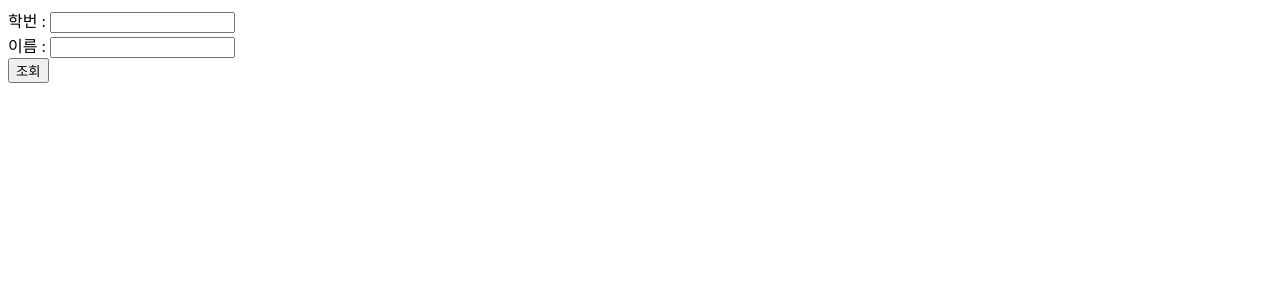
Repository: GitOnibi/jsp
Page: http://localhost/JSPprojec/school/score_input.jsp
An editor plug-in stored every save of this project. The page is shown before and after the next save, followed by the edit.
The browser window is 1280 px wide. The pictures show the whole page.
The page is served by Tomcat 9.

Above is the page before, as saved 2019-01-07 12:31:31.

After the next save:
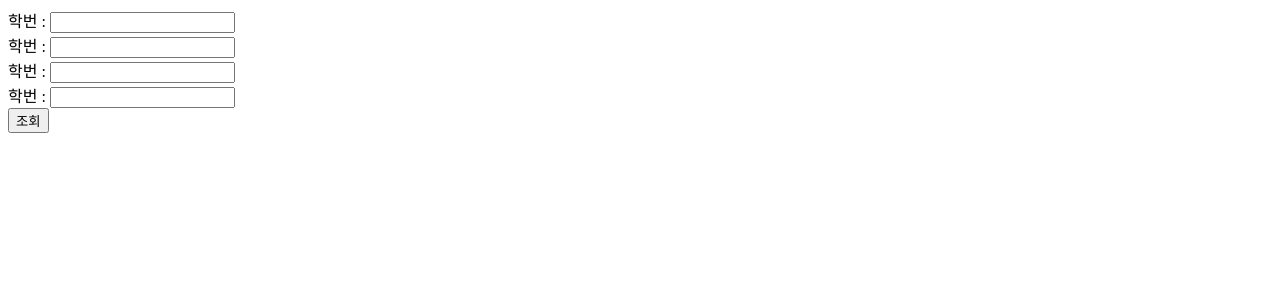
Saved 9 s later.
--- a/JSPprojec/WebContent/school/score_input.jsp
+++ b/JSPprojec/WebContent/school/score_input.jsp
@@ -8,8 +8,9 @@
 <body>
 	<form action="score_check.jsp" method="GET">
 		학번 : <input type="text" name="stu_num" id="stu_num"/><br />
-		이름 : <input type="text" name="stu_name" id="stu_name"/><br />
-
+		학번 : <input type="text" name="stu_num" id="stu_num"/><br />
+		학번 : <input type="text" name="stu_num" id="stu_num"/><br />
+		학번 : <input type="text" name="stu_num" id="stu_num"/><br />
 		<input type="submit" value="조회"/>
 	</form>
 </body>
